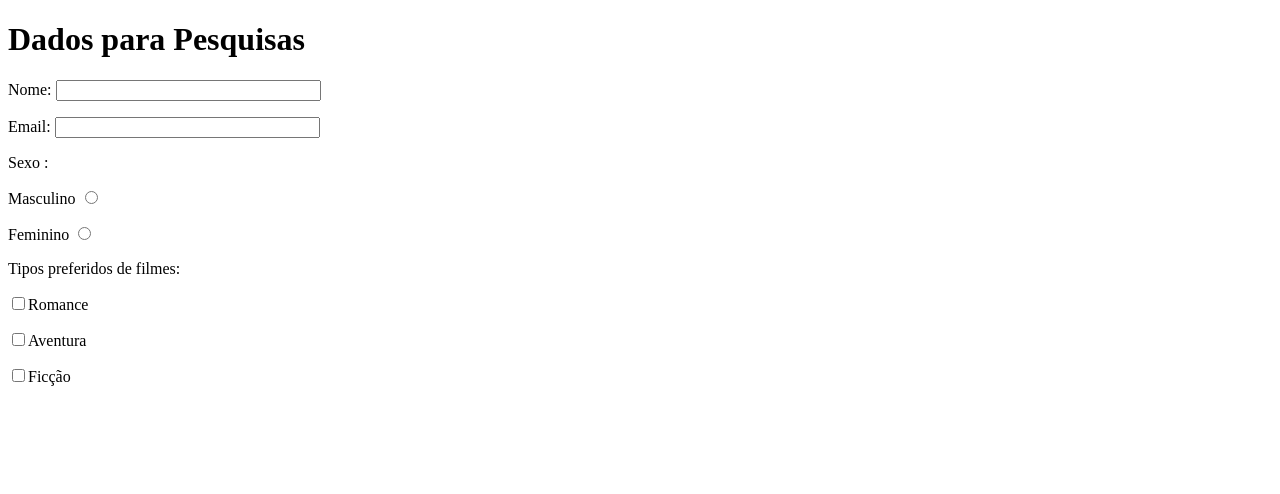
Repository: Marcelinalima/Java_JSP
Page: projeto_pesquisa/src/main/webapp/inserirPesquisa.html
These files come from the project's save history. The page is drawn as it stood at one moment and after the next save; the edit follows.
The browser window is 1280 px wide. The pictures show the whole page.

Above is the page before, as saved 2023-04-13 00:23:36.

### projeto_pesquisa/src/main/webapp/inserirPesquisa.html
<!DOCTYPE html>
<html>
<head>
<meta charset="UTF-8">
<title>Dados de Pesquisa</title>
</head>
<body>

   <h1> Dados para Pesquisas</h1>

  <form action=" /projeto_pesquisa/PesquisaInclusãoServlet" method="post">
     <p>Nome: <input type="text" name="p_nome" size="30" /></p>
     <p>Email: <input type="email" name="p_email" size="30" /></p>


     <p> Sexo : </p>
     <p>Masculino  <input type="radio" name="p_sexo" value="masculino" /></p>
     <p>Feminino  <input type="radio" name="p_sexo" value="feminino" /></p>

     <p> Tipos preferidos de filmes: </p>
     <p> <input type="checkbox" name="p_ck1" value="romance" />Romance</p>
     <p> <input type="checkbox" name="p_ck2" value="aventura" />Aventura</p>
     <p> <input type="checkbox" name="p_ck2" value="Ficção" />Ficção</p>

   </form>

</body>
</html>

After the next save:
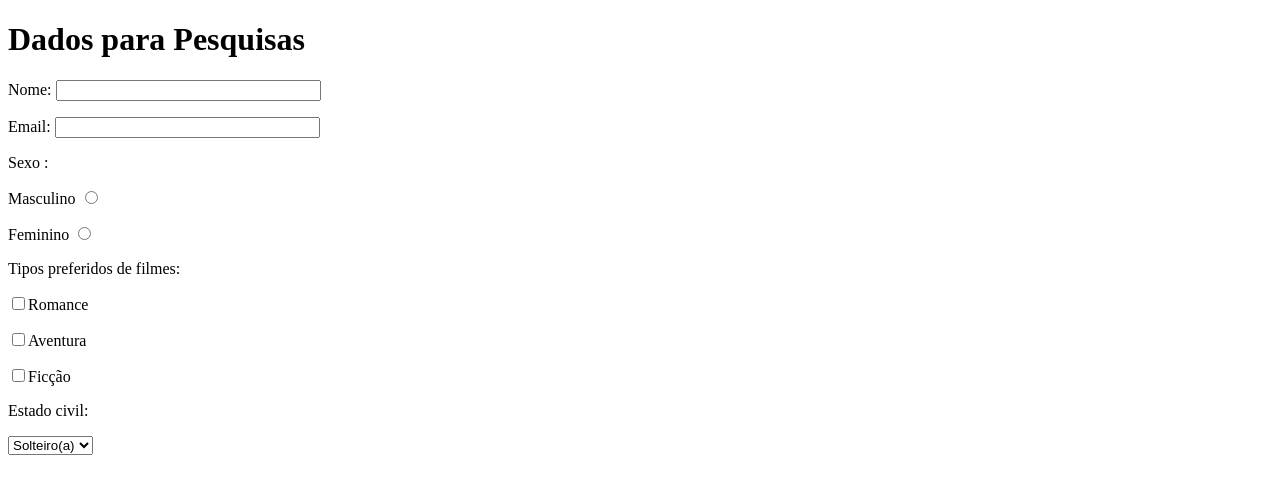
Saved 12 h 53 min later.
--- a/projeto_pesquisa/src/main/webapp/inserirPesquisa.html
+++ b/projeto_pesquisa/src/main/webapp/inserirPesquisa.html
@@ -22,6 +22,16 @@
      <p> <input type="checkbox" name="p_ck2" value="aventura" />Aventura</p>
      <p> <input type="checkbox" name="p_ck2" value="Ficção" />Ficção</p>
 
+     <p> Estado civil: </p>
+     <select name="p_estadoCivil">
+        <option value="solteiro(a)">Solteiro(a)</option>
+        <option value="casado(a)">Casado(a)</option>
+        <option value="viuvo(a)">Viuvo(a)</option>
+
+
+     </select>
+
+
    </form>
 
 </body>
